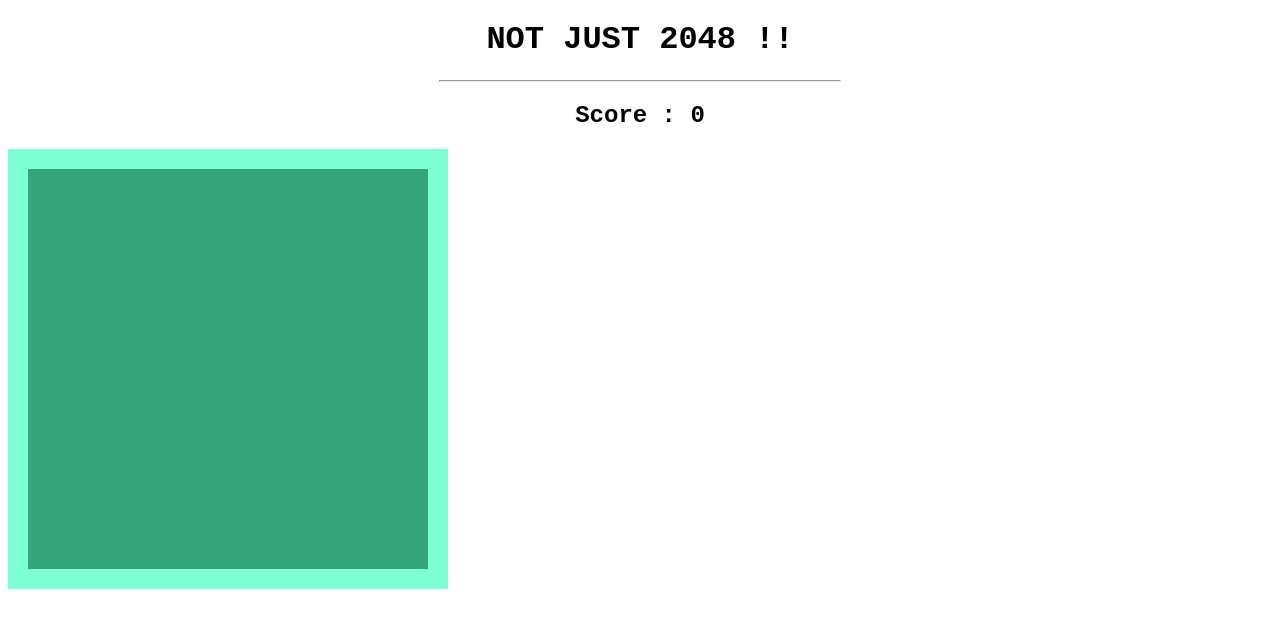
Repository: Prathamyadav1123/2048Game
Page: NotJust2048-main/2048.html
These files come from the project's save history. The page is drawn as it stood at one moment and after the next save; the edit follows.
The browser window is 1280 px wide. The pictures show the whole page.

Above is the page before, as saved 2023-05-31 19:42:09.

### NotJust2048-main/2048.html
<!DOCTYPE html>
<html>
    <head>
        <title>
            2048 game
        </title>
        <link rel= "stylesheet" href="2048.css"/>
        <script src= "2048.js"></script>
    </head>
    <body>
        <h1> NOT JUST 2048 !! </h1>
        <hr>
        <h2> Score : <span id="score"> 0 </span></h2>
        <div id="board">

        </div>
    </body>
</html>

### NotJust2048-main/2048.css
body{
    font-family: 'Courier New', Courier, monospace;
    text-align: center;
}
hr{
    width: 400px;
}
#board{
    width: 400px;
    height: 400px;
    color: burlywood;
    background-color: rgb(52, 165, 120);
    border: 20px solid aquamarine;
}

Loaded but not shown: NotJust2048-main/2048.js (no copy from this time; the picture is the same without it)

After the next save:
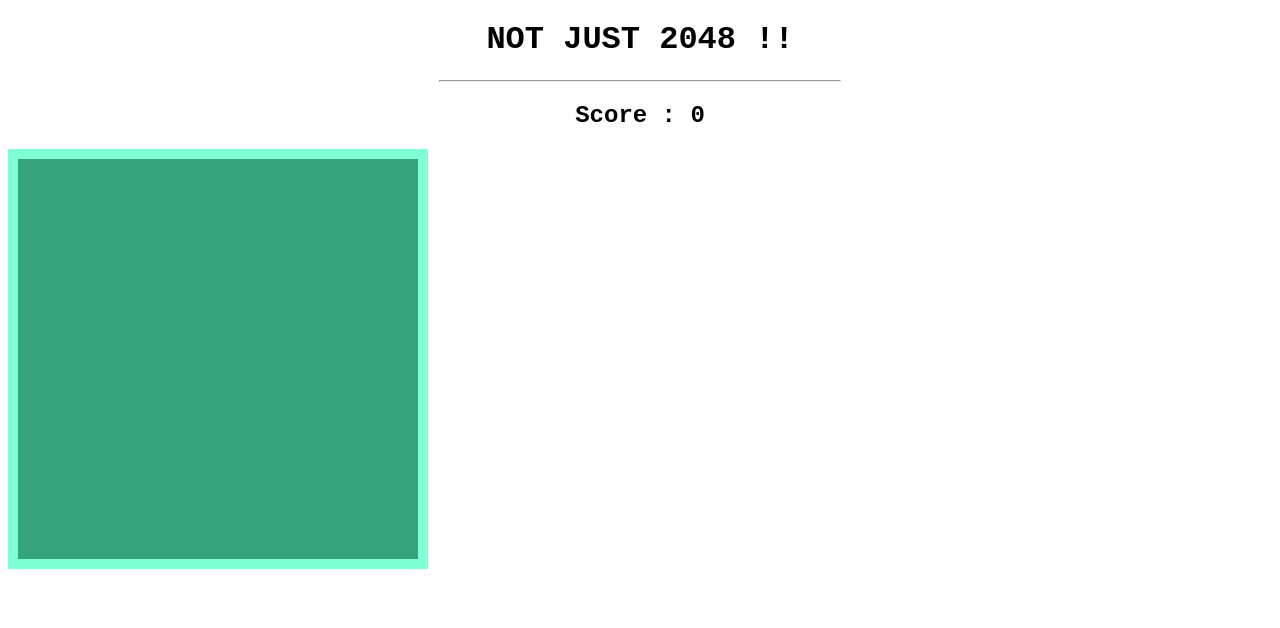
Saved 25 s later.
--- a/NotJust2048-main/2048.css
+++ b/NotJust2048-main/2048.css
@@ -10,5 +10,5 @@ hr{
     height: 400px;
     color: burlywood;
     background-color: rgb(52, 165, 120);
-    border: 20px solid aquamarine;
+    border: 10px solid aquamarine;
 }
